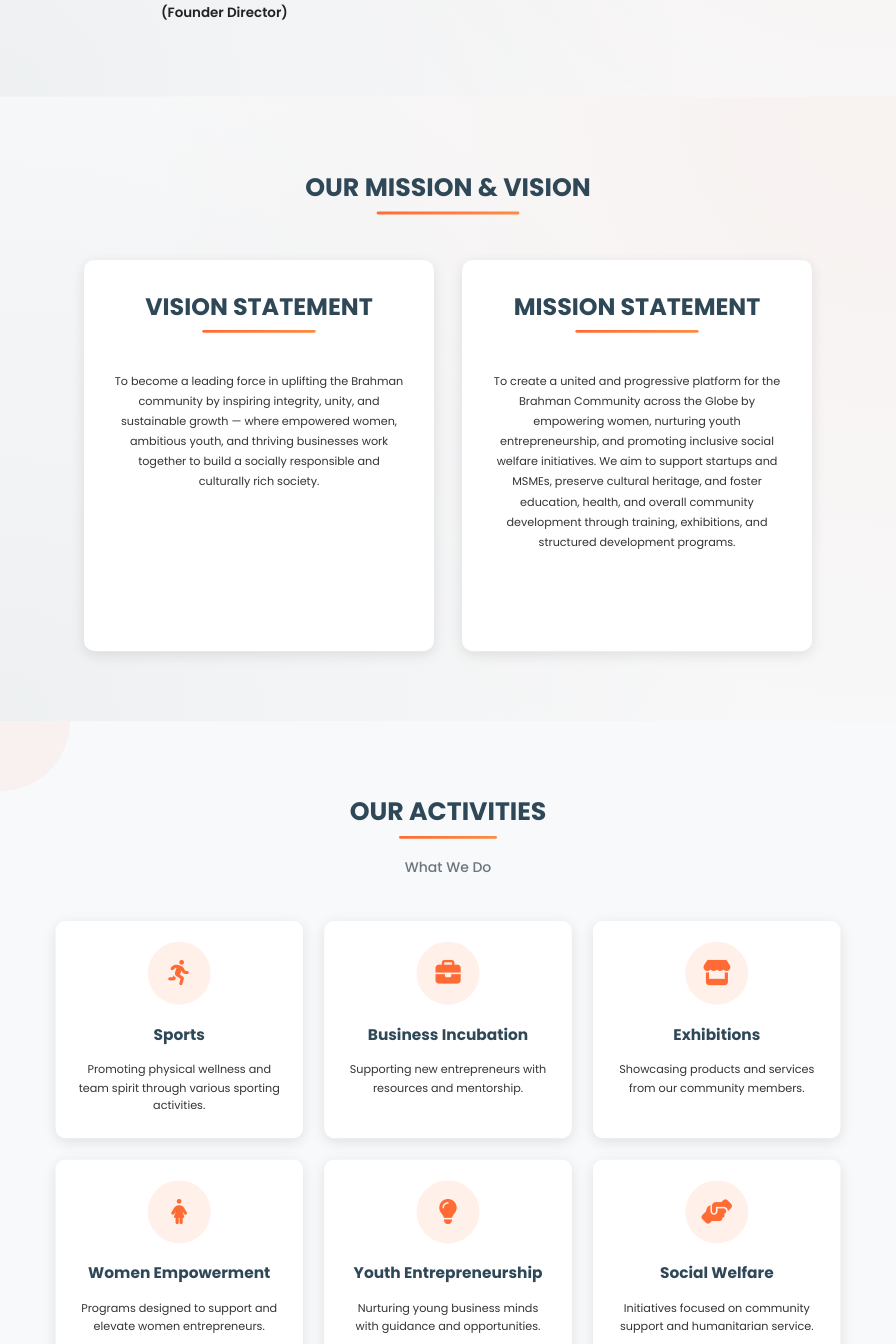
Repository: Snehaldahiphale/bbn-association
Page: index.html
The author's editor kept a copy of each file at every save. The page is drawn from the files as they stood at one save, then again after the next save.
The browser window is 1280 px wide. The pictures show the part of the page from y = 3015 to 4935 px (the page is 9433 px tall before and 9406 px after), at 70% of full size.

Above is the page before, as saved 2026-03-06 11:11:33.

### index.html
<!DOCTYPE html>
<html lang="en">
  <head>
    <meta charset="UTF-8" />
    <meta name="viewport" content="width=device-width, initial-scale=1.0" />
    <title>Brahman Breeze Network Association</title>
    <link rel="stylesheet" href="assets/css/style.css" />
    <link
      rel="stylesheet"
      href="https://cdnjs.cloudflare.com/ajax/libs/font-awesome/6.4.0/css/all.min.css"
    />
    <link
      href="https://fonts.googleapis.com/css2?family=Poppins:wght@300;400;500;600;700&display=swap"
      rel="stylesheet"
    />
  </head>
  <body>
    <header id="header">
      <div class="container">
        <div class="log">
          <a href="#"><h1>BBNA</h1></a>
        </div>
        <nav>
          <div class="menu-toggle">
            <i class="fas fa-bars"></i>
          </div>
          <ul class="nav-menu">
            <li><a href="#about">About Us</a></li>
            <li><a href="#vision-mission">Vision & Mission</a></li>
            <li><a href="#activities">Our Activities</a></li>
            <li><a href="#presence">Our Presence</a></li>
            <li><a href="#gallery">Gallery</a></li>
            <li>
              <a
                href="#contribute"
                style="padding-left: 10px; padding-right: 10px"
                class="btn-primary"
                >Contribute</a
              >
            </li>
          </ul>
        </nav>
      </div>
    </header>

    <section id="hero-slider" class="slider">
      <div class="slide active" style="background: linear-gradient(120deg, #fcd2c2, #d2d9e2);">
        <div class="caption">
          <h1>
            Brahman Breeze Network Association
          </h1>
          <h2>
            A Network for Progress – A Mission for Humanity
          </h2>
          <p>
            A community-driven NGO dedicated to supporting the underprivileged. We strive
            to uplift lives and create sustainable change through compassion, collaboration,
            and empowerment.
          </p>
          <a
            href="https://rzp.io/rzp/XIR8v6pQ"
            class="btn-primary"
            style="background-color: #ff6b2b; color: white; padding: 12px 28px; border-radius: 25px; text-decoration: none; font-weight: 600; display: inline-block; transition: background 0.3s;"
            onmouseover="this.style.backgroundColor='#e55d1d'"
            onmouseout="this.style.backgroundColor='#ff6b2b'"
          >
            JOIN NOW
          </a>
        </div>
      </div>

      <div class="slide">
        <img class="contain-image" src="assets\images\BBN Logo (2)_page-0001.jpg" alt="Women Empowerment" />
        <div class="caption">
          <h2></h2>
          <p></p>
        </div>
      </div>

<div class="slide">
  <img class="contain-image" src="assets\images\logo C2C (2).jpg" alt="Social Welfare" class="logo-slide">
  <div class="caption">
    <h2></h2>
    <p></p>
  </div>
</div>

      <div class="slide">
        <img src="assets\images\1.jpg" alt="Youth Entrepreneurship" />
        <div class="caption">

        </div>
      </div>

      <div class="slide">
        <img src="assets\images\1.jpg" alt="Social Welfare" />
        <div class="caption">
        </div>
      </div>

      <div class="slide">
        <img src="assets\images\4.jpg" alt="Social Welfare" />
        <div class="caption">
        </div>
      </div>
    </section>

<section id="about" class="section bg-light">
  <div class="container">
    <div class="section-header">
      <h2>WHO WE ARE</h2>
    <div class="about-content">
      <div class="about-text">
        <ul>
           <h4>A Network Built on Trust, Growth, and Giving.</h4>
          <li>We are a Section 8 Registered Non-Profit Organisation recognised by the Ministry of Commerce (MCA).</li>
          <li>Darpan Registration</li>
          <li>12A & 80G Registration</li>
          <li>Trademark Registration for our Name & Logo</li>
          <li>MSME Registration</li>
          <li>Our organisation is built on a solid foundation, with a clear and effective Organisational Structure, a Constitution, Bylaws and SOPS that guide our operations.</li>
        </ul>
      </div>

      <div class="about-image">
        <img src="assets\images\BBN.jpg (1).jpeg" alt="Dhananjay Vasant Khadlikar">
      </div>
    </div>
  </div>
</section>


 <section id="founders" class="section bg-light">
  <div class="container">
    <div class="section-header">
      <h4>"Founder Visionaries Behind Our Mission"</h4>

      <h4>"Dreamers. Doers. Directors."</h4>
    </div>

    <div class="founders-container">
      <div class="founder-card">
        <img src="assets\images\WhatsApp Image 2026-02-17 at 11.56.25 AM.jpeg" alt="Dhananjay Vasant Khadlikar" />
        <h4>Dhananjay Vasant Khadlikar</h4>
        <h4>(Founder Director)</h4>
      </div>

      <div class="founder-card">
        <img src="assets\images\WhatsApp Image 2026-02-17 at 11.56.41 AM.jpeg"alt="Shrikant Purshotam Kulkarni" />
        <h4>Shrikant Purshotam Kulkarni</h4>
        <h4>(Founder Director)</h4>
      </div>

      <div class="founder-card">
        <img src="assets\images\Screenshot 2026-02-17 121233.png"alt="Ravindra Ganesh Halsagikar" />
        <h4>Ravindra Ganesh Halsagikar</h4>
        <h4>(Director Operations)</h4>
      </div>
    </div>
  </div>
</section>

    <section id="vision-mission" class="section bg-light">
      <div class="container">
        <div class="section-header">
          <h2>OUR MISSION & VISION</h2>
        </div>
        <div class="vm-container">
          <div class="vm-box">
            <div class="section-header">
              <h2>Vision Statement</h2>
            </div>
            <div class="language-container" id="vision-language-container">
              <div class="language-content english-content">
                <p>
                  To become a leading force in uplifting the Brahman community
                  by inspiring integrity, unity, and sustainable growth — where
                  empowered women, ambitious youth, and thriving businesses work
                  together to build a socially responsible and culturally rich
                  society.
                </p>
              </div>
              <div class="language-content marathi-content hidden">
                <h3>दृष्टीकोन Vision</h3>
                <p>
                  समाजात एकात्मता, निष्ठा आणि शाश्वत प्रगतीचा आग्रह धरणाऱ्या
                  ब्राह्मण समाजाच्या उन्नतीसाठी आम्ही कटिबद्ध आहोत — जिथे सशक्त
                  महिला, प्रेरित युवक आणि प्रगतीशील व्यवसायीक एकत्र येऊन
                  सांस्कृतिकदृष्ट्या समृद्ध व सामाजिकदृष्ट्या जबाबदार समाज
                  घडवतात.
                </p>
              </div>
            </div>
          </div>
          <div class="vm-box">
            <div class="section-header">
              <h2>Mission Statement</h2>
            </div>
            <div class="language-container" id="mission-language-container">
              <div class="language-content english-content">
                <p>
                  To create a united and progressive platform for the Brahman
                  Community across the Globe by empowering women, nurturing
                  youth entrepreneurship, and promoting inclusive social welfare
                  initiatives. We aim to support startups and MSMEs, preserve
                  cultural heritage, and foster education, health, and overall
                  community development through training, exhibitions, and
                  structured development programs.
                </p>
              </div>
              <div class="language-content marathi-content hidden">
                <h3>ध्येय Mission</h3>
                <p>
                  जगभरातील ब्राह्मण समाजासाठी एकत्रित आणि प्रगत व्यासपीठ निर्माण
                  करणे हे आमचे मुख्य ध्येय आहे. महिलांचे सशक्तीकरण, युवकांना
                  उद्योग व स्टार्टअप्ससाठी प्रोत्साहन, तसेच सर्वसमावेशक
                  समाजकल्याणाच्या उपक्रमांद्वारे आम्ही समाजाचा सर्वांगीण विकास
                  साधू इच्छितो. प्रशिक्षण, प्रदर्शने व नियोजित विकास
                  कार्यक्रमांच्या माध्यमातून एमएसएमई, संस्कृती, आरोग्य आणि
                  शिक्षण क्षेत्रात सक्रिय योगदान देण्याचा आमचा प्रयत्न आहे.
                </p>
              </div>
            </div>
          </div>
        </div>
      </div>
    </section>

    <section id="activities" class="section">
      <div class="container">
        <div class="section-header">
          <h2>OUR ACTIVITIES</h2>
          <h3>What We Do</h3>
        </div>
        <div class="activities-grid">
          <div class="activity-card">
            <div class="activity-icon">
              <i class="fas fa-running"></i>
            </div>
            <h4>Sports</h4>
            <p>
              Promoting physical wellness and team spirit through various
              sporting activities.
            </p>
          </div>
          <div class="activity-card">
            <div class="activity-icon">
              <i class="fas fa-briefcase"></i>
            </div>
            <h4>Business Incubation</h4>
            <p>Supporting new entrepreneurs with resources and mentorship.</p>
          </div>
          <div class="activity-card">
            <div class="activity-icon">
              <i class="fas fa-store"></i>
            </div>
            <h4>Exhibitions</h4>
            <p>Showcasing products and services from our community members.</p>
          </div>
          <div class="activity-card">
            <div class="activity-icon">
              <i class="fas fa-female"></i>
            </div>
            <h4>Women Empowerment</h4>
            <p>Programs designed to support and elevate women entrepreneurs.</p>
          </div>
          <div class="activity-card">
            <div class="activity-icon">
              <i class="fas fa-lightbulb"></i>
            </div>
            <h4>Youth Entrepreneurship</h4>
            <p>
              Nurturing young business minds with guidance and opportunities.
            </p>
          </div>
          <div class="activity-card">
            <div class="activity-icon">
              <i class="fas fa-hands-helping"></i>
            </div>
            <h4>Social Welfare</h4>
            <p>
              Initiatives focused on community support and humanitarian service.
            </p>
          </div>
          <div class="activity-card">
            <div class="activity-icon">
              <i class="fas fa-rocket"></i>
            </div>
            <h4>Startup Support</h4>
            <p>
              Assisting innovative ideas to develop into thriving businesses.
            </p>
          </div>
          <div class="activity-card">
            <div class="activity-icon">
              <i class="fas fa-industry"></i>
            </div>
            <h4>MSME Development</h4>
            <p>Helping small and medium enterprises grow and succeed.</p>
          </div>
          <div class="activity-card">
            <div class="activity-icon">
              <i class="fas fa-landmark"></i>
            </div>
            <h4>Cultural Heritage</h4>
            <p>Preserving and promoting our rich cultural traditions.</p>
          </div>
          <div class="activity-card">
            <div class="activity-icon">
              <i class="fas fa-book"></i>
            </div>
            <h4>Education</h4>
            <p>Advancing learning opportunities and educational resources.</p>
          </div>
          <div class="activity-card">
            <div class="activity-icon">
              <i class="fas fa-heartbeat"></i>
            </div>
            <h4>Health Sector</h4>
            <p>
              Providing healthcare support and promoting wellness initiatives.
            </p>
          </div>
          <div class="activity-card">
            <div class="activity-icon">
              <i class="fas fa-users"></i>
            </div>
            <h4>Community Development</h4>
            <p>
              Structured programs for training and overall community growth.
            </p>
          </div>
        </div>
      </div>
    </section>

    <section id="presence" class="section bg-light">
      <div class="container">
        <div class="section-header">
          <h2>OUR PRESENCE</h2>
          <h3>Our Impact in Numbers</h3>
        </div>
        <div class="stats-container">
          <div class="stat-box">
            <h2 class="counter">28</h2>
            <p>Active Chapters in Maharashtra</p>
          </div>
          <div class="stat-box">
            <h2 class="counter">3000</h2>
            <span>+</span>
            <p>Members meet Weekly</p>
          </div>
          <div class="stat-box">
            <h2 class="counter">500</h2>
            <span>Cr+</span>
            <p>Business shared amongst members</p>
          </div>
          <div class="stat-box">
            <h2 class="counter">50000</h2>
            <span>+</span>
            <p>Lives Touched During Corona pandemic</p>
          </div>
        </div>
        <div class="map-container" style="margin-top: 40px; text-align: center">
          <h3>Our Chapters Across Maharashtra</h3>
         <p style="margin-top: 15px; font-style: italic">
  <strong>28 active chapters serving communities across Maharashtra</strong>
</p>

        </div>
      </div>
    </section>

    <section id="gallery" class="section">
      <div class="container">
        <div class="section-header">
          <h2>GALLERY</h2>
          <h3>Photos</h3>
        </div>
        <div class="gallery-content">
          <div id="photos" class="tab-content active">
            <div class="gallery-grid">
              <div class="gallery-item">
                <img src="assets/images/1.jpg" alt="BBN Event" />
              </div>
              <div class="gallery-item">
                <img src="assets/images/2.jpg" alt="BBN Event" />
              </div>
              <div class="gallery-item">
                <img src="assets/images/3.jpg" alt="BBN Event" />
              </div>
              <div class="gallery-item">
                <img src="assets/images/7.jpg" alt="BBN Blood Donation Camp" />
              </div>
              <div class="gallery-item">
                <img src="assets/images/5.jpg" alt="BBN Event" />
              </div>
              <div class="gallery-item">
                <img src="assets/images/6.jpg" alt="BBN Event" />
              </div>
            </div>
          </div>
        </div>
      </div>
    </section>

    <section class="section bg-light">
      <div class="container">
        <div class="section-header">
          <h2>TESTIMONIALS</h2>
          <h3>What Our Community Says</h3>
        </div>
        <div class="testimonial-slider">
          <div class="testimonial-item">
            <div class="testimonial-content">
              <p>
                "Being a part of Brahman Breeze Network has not only helped me
                grow my business but also gave me the opportunity to give back
                to society. It's more than a network—it's a family."
              </p>
              <div class="testimonial-author">
                <h4>Rahul Joshi</h4>
                <p>Business Owner, Pune Chapter</p>
              </div>
            </div>
          </div>
          <div class="testimonial-item">
            <div class="testimonial-content">
              <p>
                "I joined BBN with the hope of connecting with like-minded
                professionals. What I found was a support system that's deeply
                rooted in values, growth, and service."
              </p>
              <div class="testimonial-author">
                <h4>Sneha Kulkarni</h4>
                <p>Entrepreneur, Nashik Chapter</p>
              </div>
            </div>
          </div>
          <div class="testimonial-item">
            <div class="testimonial-content">
              <p>
                "Thanks to BBN, I received the support I needed during a very
                difficult time in my life. They didn't just offer help — they
                gave me hope."
              </p>
              <div class="testimonial-author">
                <h4>Meena Patil</h4>
                <p>Beneficiary from Aurangabad</p>
              </div>
            </div>
          </div>
        </div>
        <div class="testimonial-dots">
          <span class="dot active"></span>
          <span class="dot"></span>
          <span class="dot"></span>
        </div>
      </div>
    </section>

    <section id="contribute" class="section">
      <div class="container">
        <div class="section-header">
          <h2>CONTRIBUTE</h2>
          <h3>Support Our Mission</h3>
        </div>
        <div class="contribute-content">
          <div class="contribute-text">
            <p>
              Your contribution can make a significant difference in the lives
              of many. By donating to Brahman Breeze Network Association, you
              are helping us empower communities, support education, provide
              healthcare, and create sustainable livelihoods.
            </p>
            <div class="contribute-options">
              <h4>Ways to Contribute</h4>
              <ul>
                <li>
                  <a href="https://rzp.io/rzp/JcpJJspi" target="_blank"
                    >Donate Now</a
                  >
                </li>
                <li>
                  <a href="https://rzp.io/rzp/XIR8v6pQ" target="_blank"
                    >Join us as a Member or Become a Volunteer</a
                  >
                </li>
                <li>Sponsor an Event</li>
                <li>Volunteer Your Time</li>
              </ul>
            </div>
          </div>
          <div class="contribute-form">
            <div class="razorpay-btn">
              <a
                href="https://rzp.io/rzp/JcpJJspi"
                class="btn-primary"
                id="razorpay-button"
                target="_blank"
                >Donate Now with RazorPay</a
              >
            </div>
            <div class="contact-info">
              <p>For other ways to contribute, please contact us:</p>
              <p><i class="fas fa-phone"></i> +91 94225 37669</p>
              <p><i class="fas fa-envelope"></i> info@bbnassociation.org</p>
            </div>
          </div>
        </div>
      </div>
    </section>

    <footer id="footer">
      <div class="container">
        <div class="footer-content">
          <div class="footer-logo">
            <h2>BBNA</h2>
            <img
              src="assets\images\BBN Logo (2)_page-0001.jpg"
              alt="BBNA Logo"
              style="max-width: 120px; margin-top: 15px; border-radius: 8px"
            />
            <p>
              At Brahman Breeze Network, we believe in the power of unity and
              the strength of service.
            </p>
          </div>
          <div class="footer-links">
            <h4>Quick Links</h4>
            <ul>
              <li><a href="#about">About Us</a></li>
              <li><a href="#vision-mission">Vision & Mission</a></li>
              <li><a href="#activities">Our Activities</a></li>
              <li><a href="#presence">Our Presence</a></li>
              <li><a href="#gallery">Gallery</a></li>
            </ul>
          </div>
          <div class="footer-contact">
            <h4>Contact Us</h4>
            <p><i class="fas fa-map-marker-alt"></i> Pune, Maharashtra</p>
            <p><i class="fas fa-phone"></i> +91 94225 37669</p>
            <p><i class="fas fa-envelope"></i> info@bbnassociation.org</p>
          </div>
       <div class="footer-social">
  <h4>Follow Us</h4>
  <div class="social-icons">
    <a
      href="https://www.facebook.com/groups/557000830750220/?ref=share&mibextid=NSMWBT"
      target="_blank"
      aria-label="Visit our Facebook Group"
    >
      <i class="fab fa-facebook-f"></i>
    </a>
    <a
      href="https://youtu.be/ZvuVWqp0N5Q?si=OWemNuNu0CmTe8rv"
      target="_blank"
      aria-label="Watch our YouTube Video"
    >
      <i class="fab fa-youtube"></i>
    </a>
  </div>
</div>

        </div>
        <div class="footer-bottom">
          <div class="copyright">
            <p>
              &copy; 2025 BBNA. All rights reserved. | Designed & Developed with
            </p>
          </div>

          <div class="policies">
  <a href="#" onclick="togglePolicy('disclaimer')">Disclaimer</a>
  <a href="#" onclick="togglePolicy('privacy')">Privacy Policy</a>
  <a href="#" onclick="togglePolicy('terms')">Terms of Service</a>
  <a href="#" onclick="togglePolicy('data')">Data Safety Policy</a>
</div>

<div id="policy-content" class="policy-content">
  <div id="disclaimer" class="policy-text">
    <h3>Disclaimer (Aligned with DIA 2023)</h3>
    <p>
      BBN Association provides information for general awareness and community engagement.
      While we strive for accuracy, we do not guarantee completeness or reliability.
      Visitors should verify details independently before acting on any information.
    </p>
    <h4>© Copyright Notice / Policy (As per DIA 2023 & Copyright Act, 2012)</h4>
    <p>
      All content on this website, including text, images, logo, and graphics, is the property
      of BBN Association unless otherwise stated. Unauthorised reproduction, distribution,
      downloading or modification of any material without written permission is strictly
      prohibited under the Indian Copyright Act, 1957 / 2012.
    </p>
  </div>

  <div id="privacy" class="policy-text">
    <h3>Privacy Policy</h3>
    <p>
      We at BBN Association respect your privacy and ensure that personal data collected
      through this website is securely stored and used only for intended purposes.
      We do not share user data with third parties without consent, except as required by law.
    </p>
  </div>

  <div id="terms" class="policy-text">
    <h3>Terms of Service</h3>
    <p>
      By accessing and using this website, you agree to comply with our terms and conditions.
      You must not misuse or reproduce website content without prior written permission.
    </p>
  </div>

  <div id="data" class="policy-text">
    <h3>Data Safety & Privacy Policy (As per DIA 2023 & Data Protection Act, 2023)</h3>
    <p>
      We at BBN Association ensure that personal data collected through this website is securely
      stored and used only for intended purposes. We follow reasonable security practices as per
      the IT Act, 2000 / DIA 2023 and ensure your data is stored safely.
    </p>
  </div>
</div>

        </div>
      </div>
    </footer>

    <script src="assets/js/script.js"></script>
    <script>
    function togglePolicy(id) {
      const policyContent = document.getElementById("policy-content");
      const allTexts = document.querySelectorAll(".policy-text");

      // if the section is hidden, show it
      if (!policyContent.classList.contains("active")) {
        policyContent.classList.add("active");
      }

      allTexts.forEach(text => {
        text.classList.remove("active");
      });

      // show the clicked section
      const target = document.getElementById(id);
      target.classList.add("active");
      policyContent.scrollIntoView({ behavior: "smooth", block: "start" });
    }
    </script>
  </body>
</html>

Loaded but not shown: assets/js/script.js (263 lines, source omitted); assets/css/style.css (1587 lines, source omitted)

After the next save:
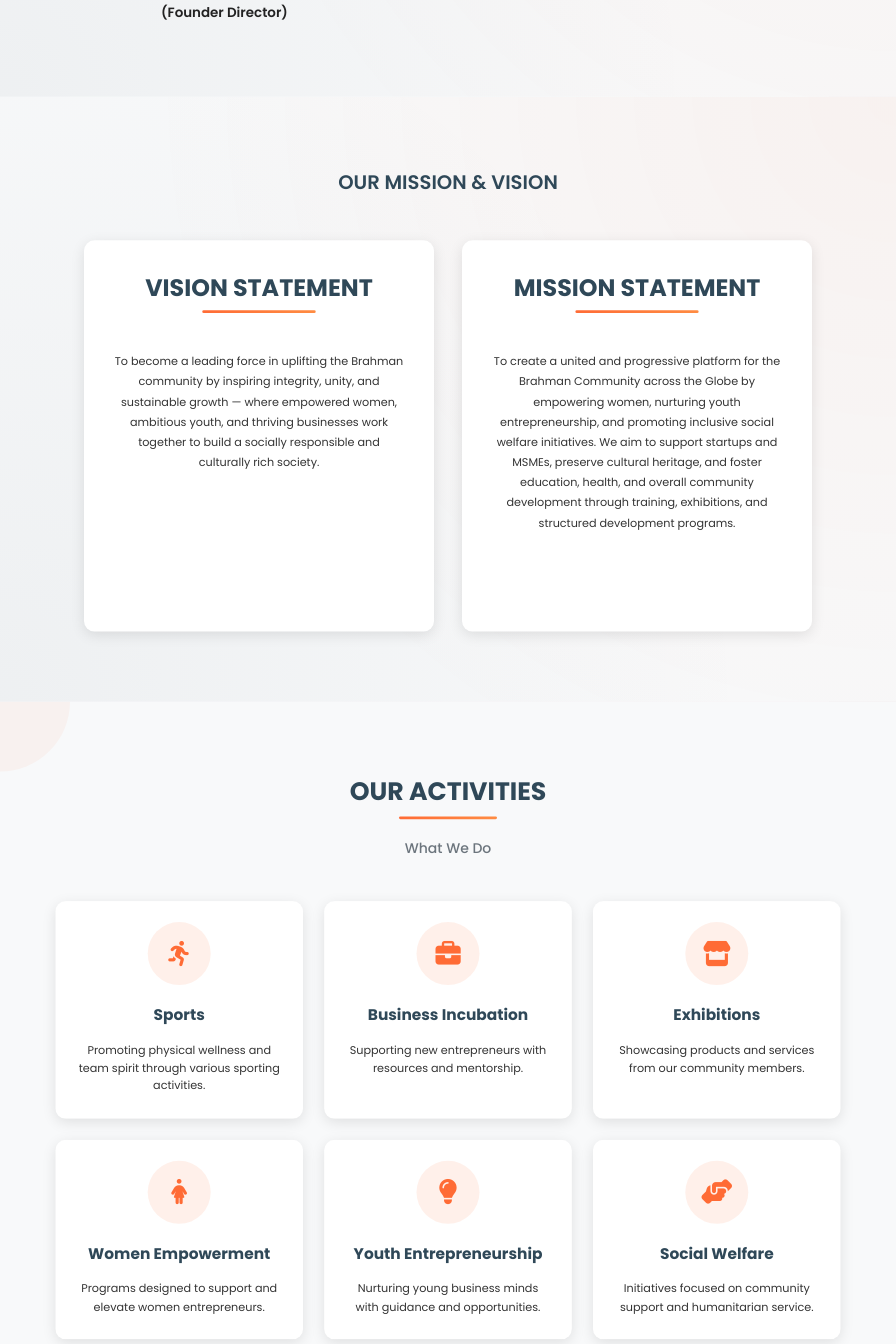
Saved 32 s later.
--- a/index.html
+++ b/index.html
@@ -163,7 +163,7 @@
     <section id="vision-mission" class="section bg-light">
       <div class="container">
         <div class="section-header">
-          <h2>OUR MISSION & VISION</h2>
+          <h4>OUR MISSION & VISION</h4>
         </div>
         <div class="vm-container">
           <div class="vm-box">
